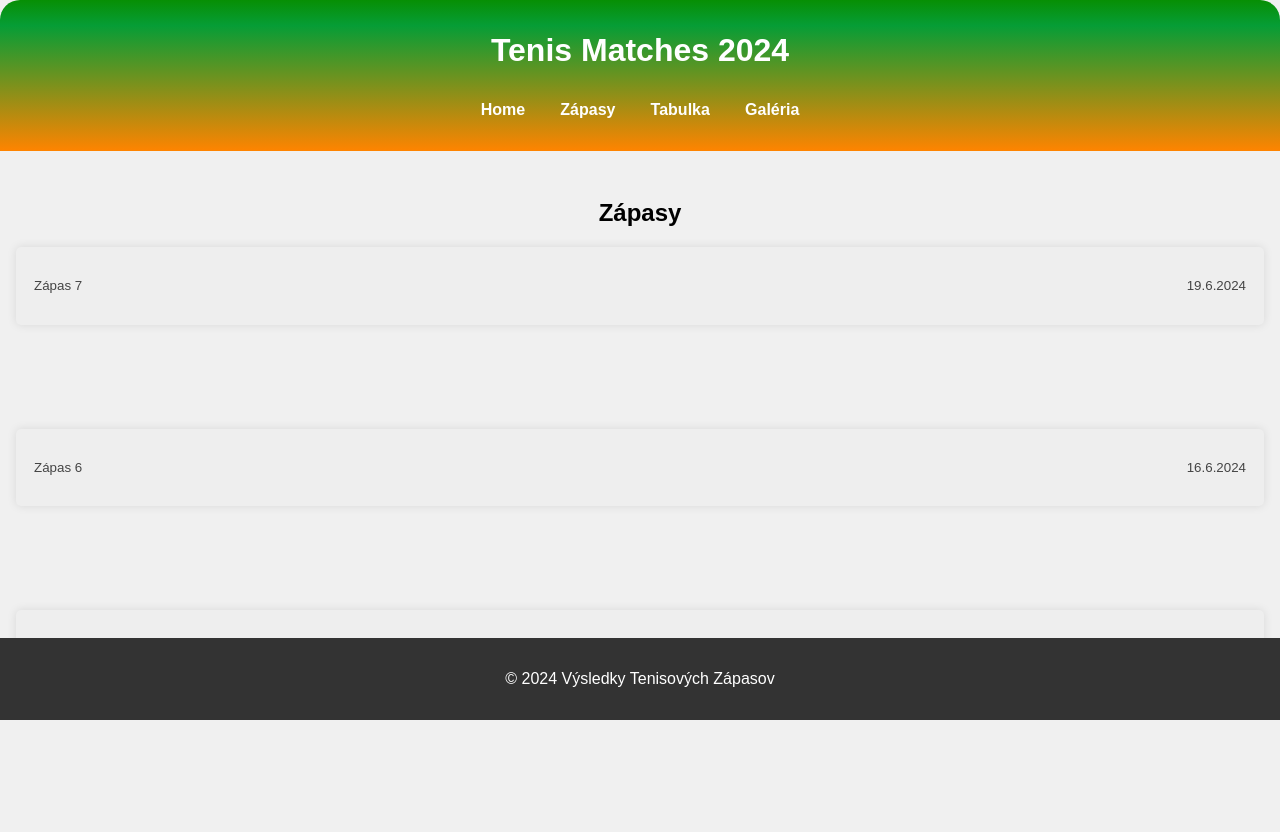
Repository: Badynko/tenis
Page: matches.html
These files come from the project's save history. The page is drawn as it stood at one moment and after the next save; the edit follows.
The browser window is 1280 px wide. The pictures show the whole page.

Above is the page before, as saved 2024-07-23 17:09:21.

After the next save:
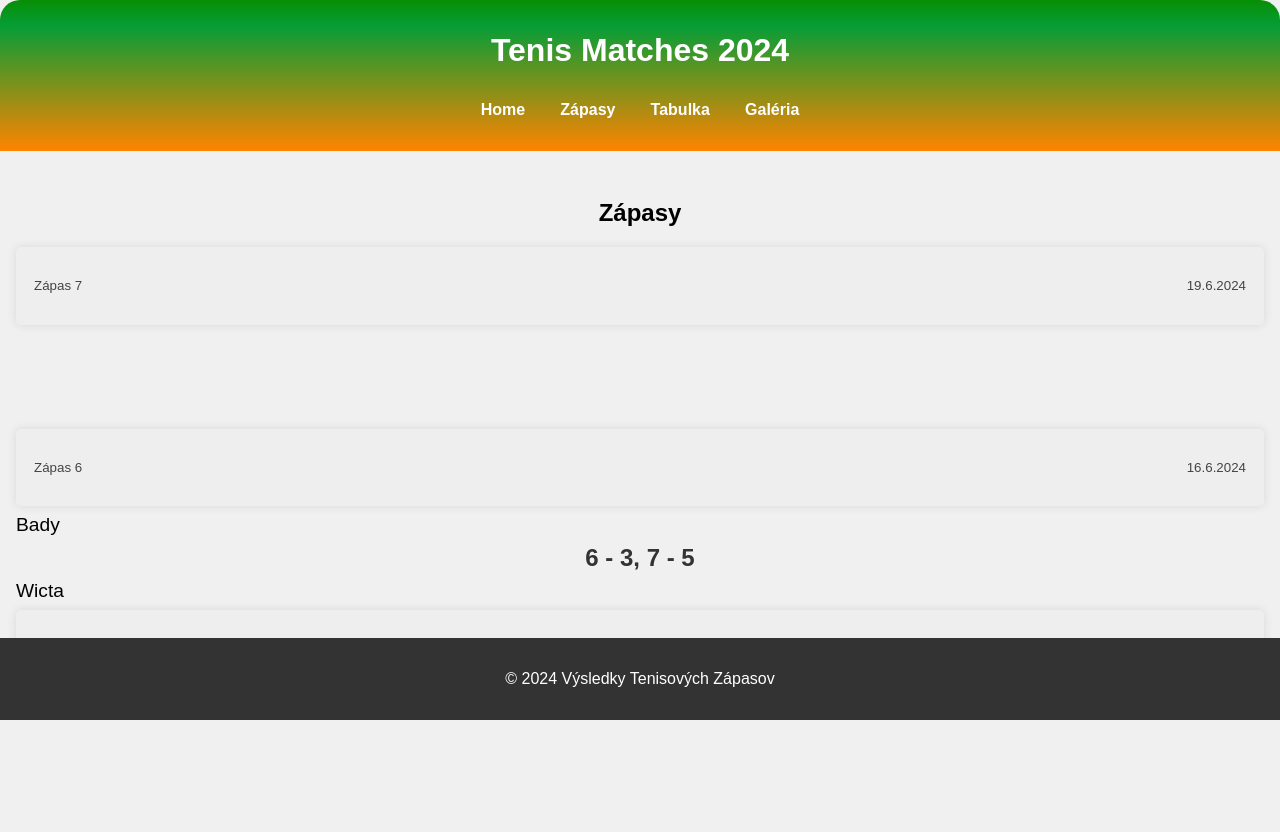
Saved 24 s later.
--- a/matches.html
+++ b/matches.html
@@ -36,7 +36,7 @@
           Zápas 6
           <p>16.6.2024</p>
         </button>
-        <div class="accordion, hidden">
+        <div class="accordion">
           <div class="player">Bady</div>
           <div class="score">6 - 3, 7 - 5</div>
           <div class="player">Wicta</div>

After the 3 saves that followed:
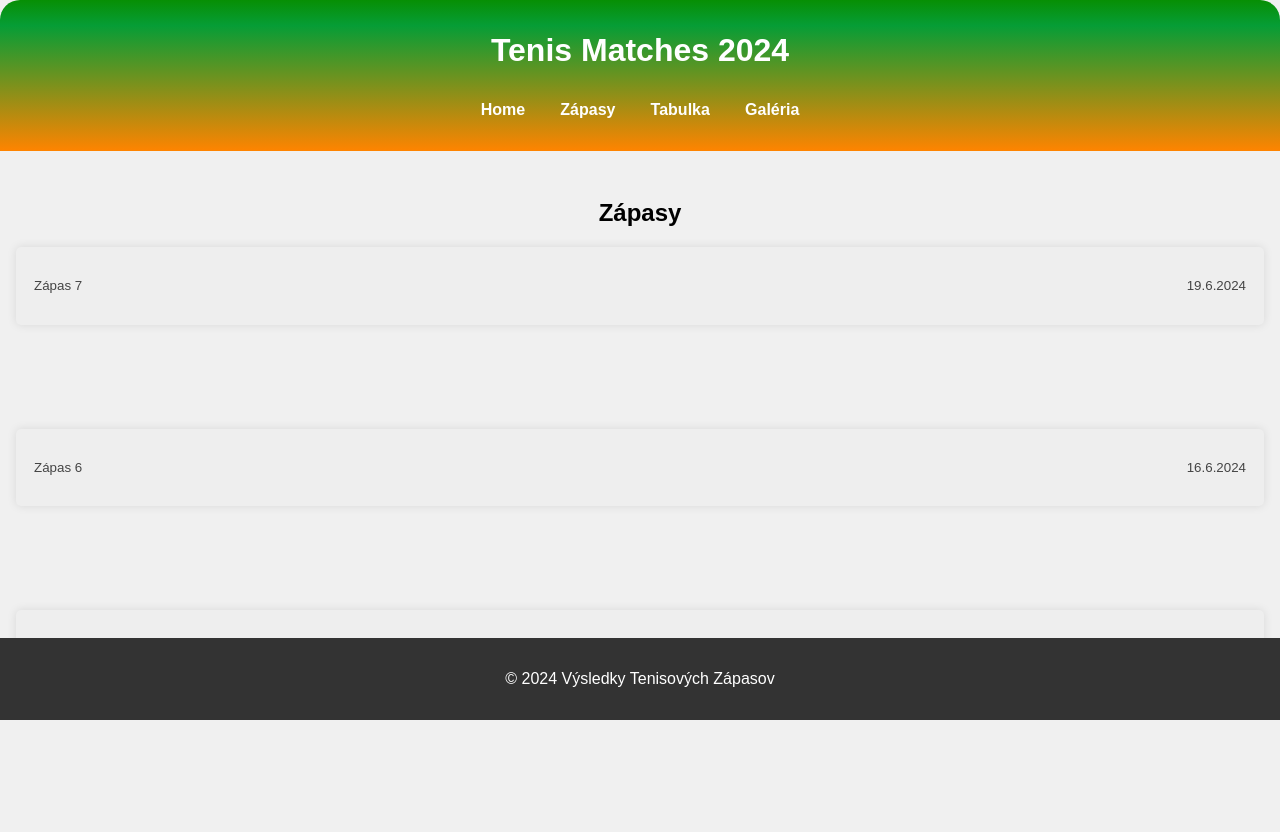
The 3 saves are shown as one change because 2 left the picture as it was.
The last was saved 2 min 10 s later.
--- a/matches.html
+++ b/matches.html
@@ -36,7 +36,7 @@
           Zápas 6
           <p>16.6.2024</p>
         </button>
-        <div class="accordion">
+        <div class="accordion, hidden">
           <div class="player">Bady</div>
           <div class="score">6 - 3, 7 - 5</div>
           <div class="player">Wicta</div>
--- a/js/script-matches.js
+++ b/js/script-matches.js
@@ -1,9 +1,9 @@
 "use strict";
 
-const $match = document.querySelectorAll(".accordion");
-const $details = document.querySelectorAll(".match");
+const $match = document.querySelectorAll(".match");
+const $details = document.querySelectorAll(".accordion");
 
-const $matches = $match.forEach(($match) =>
+const $matches = $match.forEach(($match, $details) =>
   $match.addEventListener("click", function () {
     $details.classList.remove("hidden");
   })
